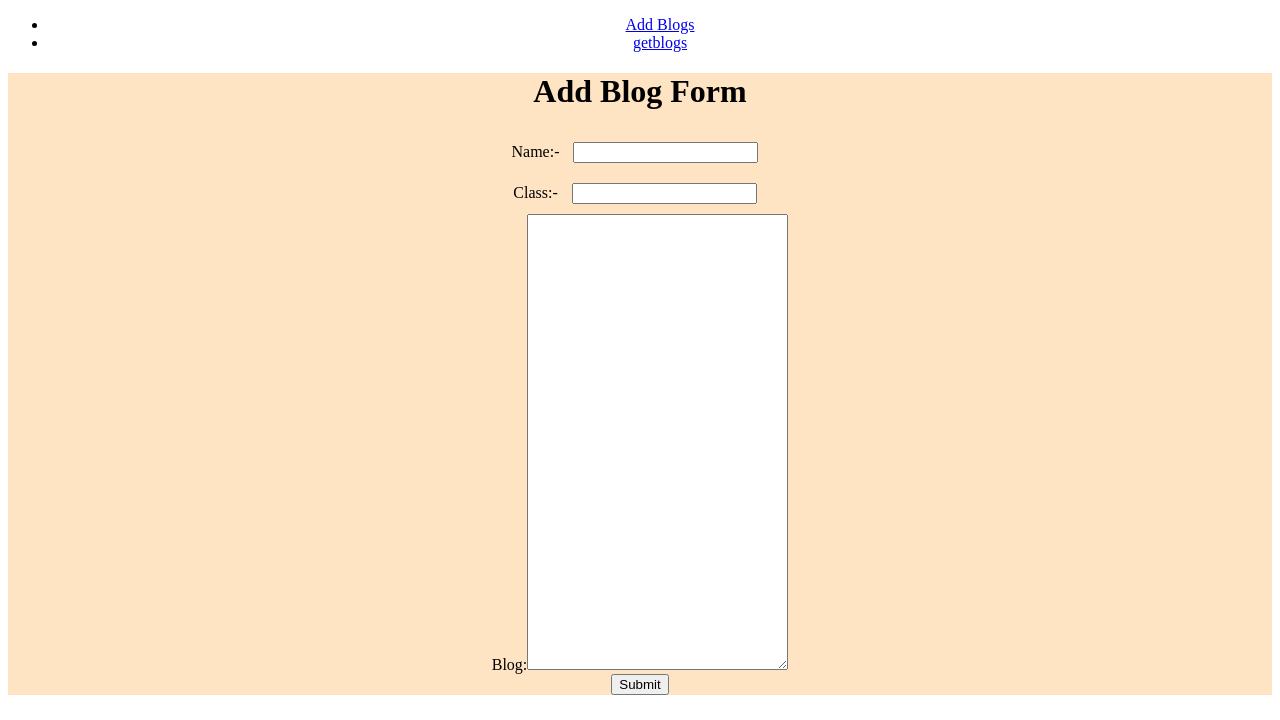
Repository: Sanskriti002/ExpressToDo
Page: public/index.html
These files come from the project's save history. The page is drawn as it stood at one moment and after the next save; the edit follows.
The browser window is 1280 px wide. The pictures show the whole page.

Above is the page before, as saved 2024-03-13 11:57:58.

### public/index.html
<!DOCTYPE html>
<html lang="en">

<head>
    <meta charset="UTF-8">
    <meta name="viewport" content="width=device-width, initial-scale=1.0">
    <title>Add Blogs</title>
    <link rel="stylesheet" href="style.css">
</head>

<header>
    <nav>
        <ul>
            <li><a href="/">Add Blogs</a></li>
            <li><a href="/getblogs">getblogs</a></li>
        </ul>
    </nav>
</header>

<body>
    <div>
    <h1>Add Blog Form</h1>
    <form action="/addblog" method="post">
        <label for="name">Name:-</label>
        <input type="text" name="name" id="name"><br>

        <label for="Class">Class:-</label>
        <input type="text" name="Class" id="Class"><br>

        Blog:<textarea name="blog" id="blog" cols="30" rows="30"></textarea><br>

        <button>Submit</button>

    </form>
</div>
</body>

</html>

### public/style.css
*{
    text-align: center;

}

div{
background-color:bisque ;
/* display: flex; */
justify-content: center;
align-items: center;
}

input{
    margin: 10px;
}

After the next save:
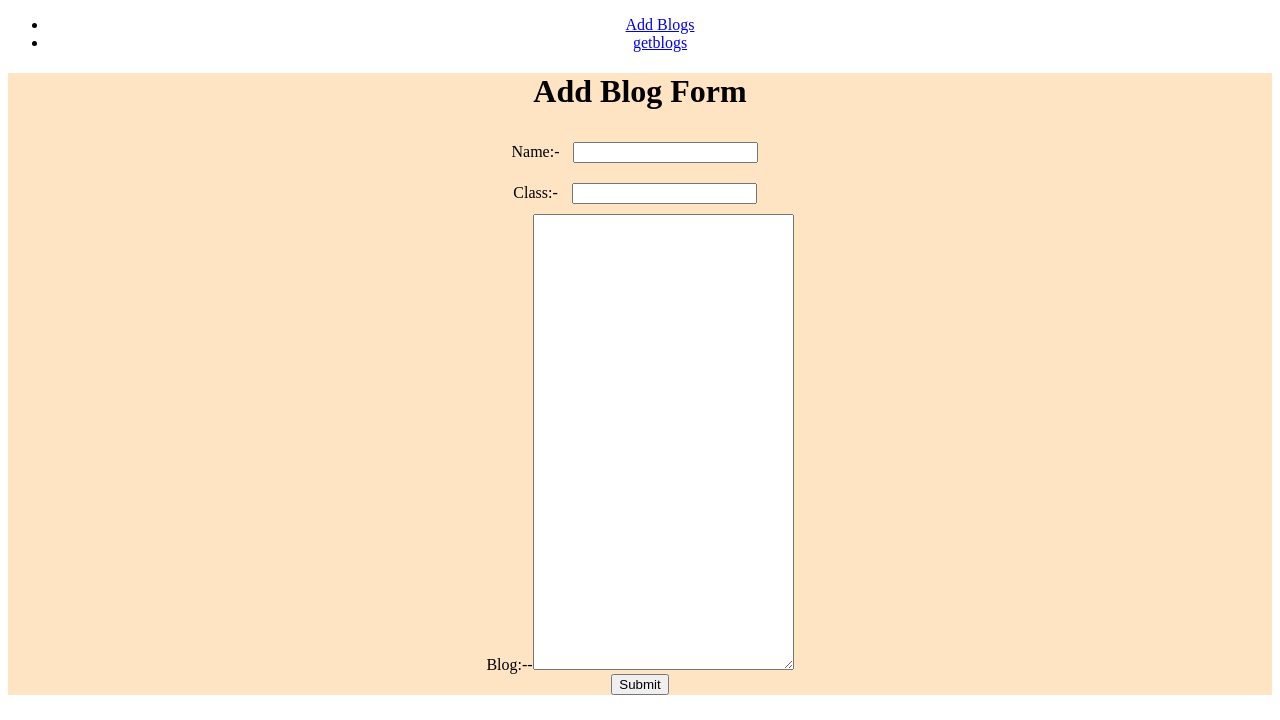
Saved 12 s later.
--- a/public/index.html
+++ b/public/index.html
@@ -27,7 +27,7 @@
         <label for="Class">Class:-</label>
         <input type="text" name="Class" id="Class"><br>
 
-        Blog:<textarea name="blog" id="blog" cols="30" rows="30"></textarea><br>
+        Blog:--<textarea name="blog" id="blog" cols="30" rows="30"></textarea><br>
 
         <button>Submit</button>
 
